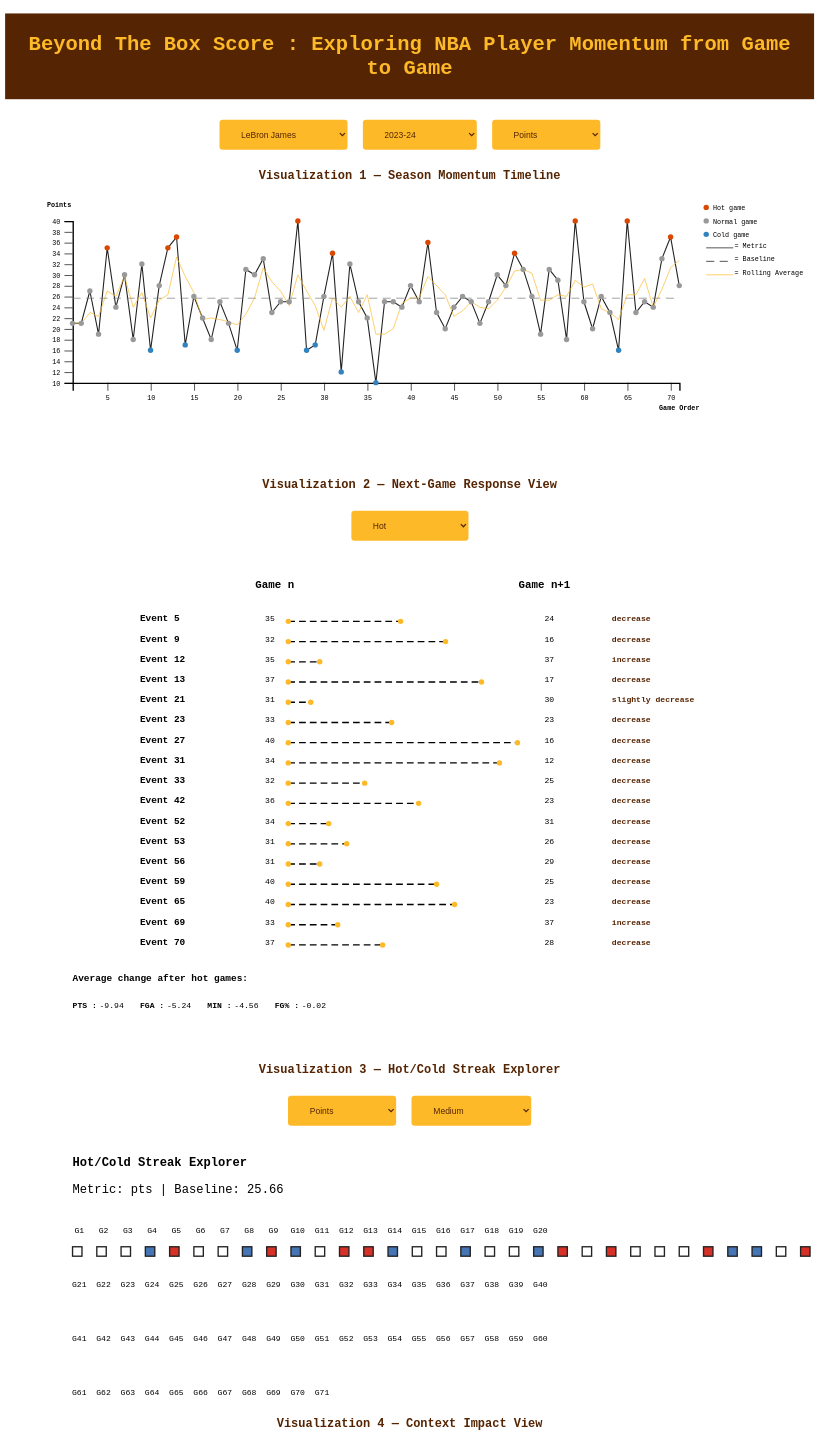
Repository: houdafatih/Data-Viz-Project
Page: index.html
The author's editor kept a copy of each file at every save. The page is drawn from the files as they stood at one save, then again after the next save.
The browser window is 1280 px wide. The pictures show the whole page, at 64% of full size.

Above is the page before, as saved 2026-06-21 02:45:58.

After the next save:
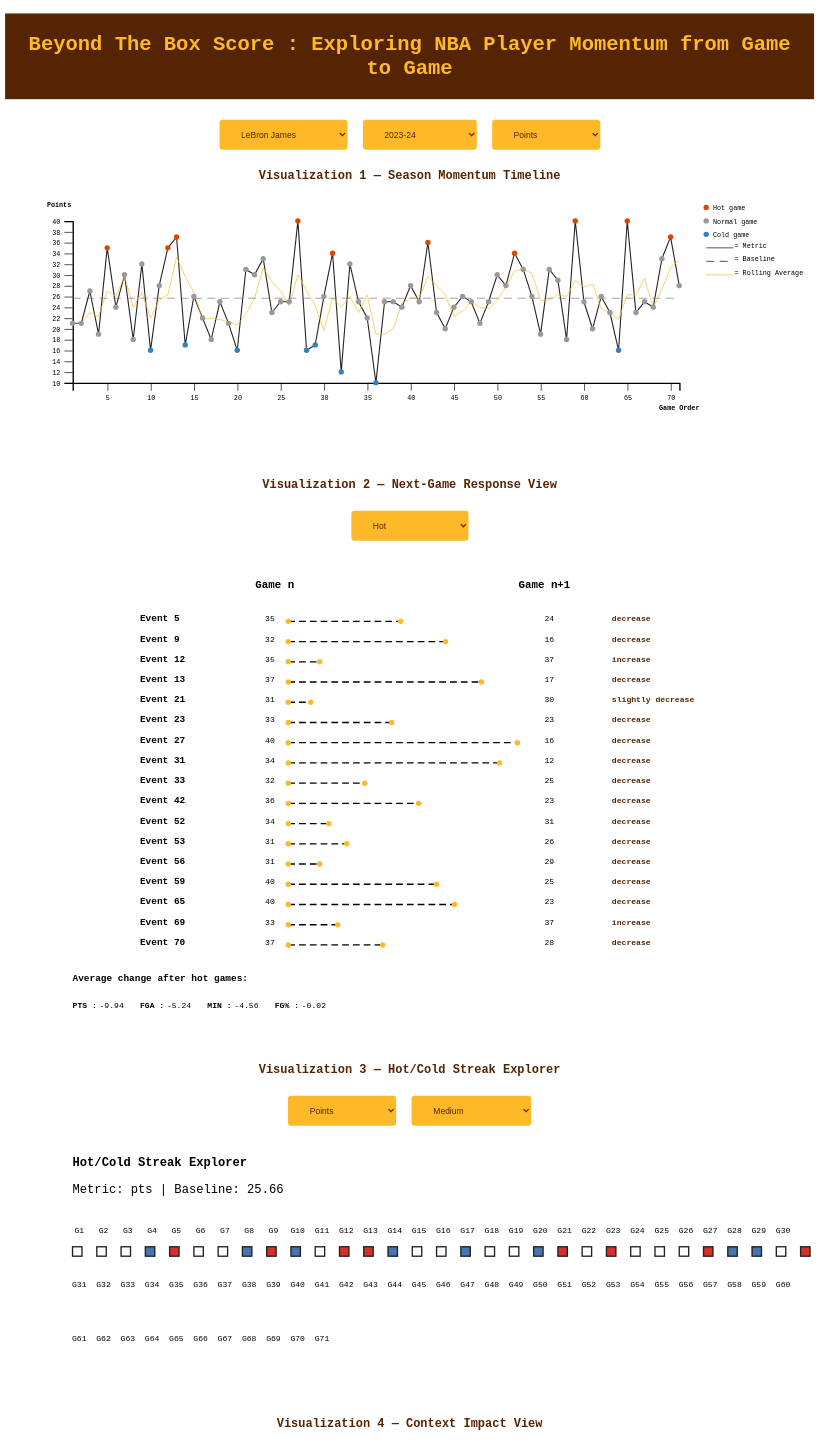
Saved 24 s later.
--- a/scripts/visualization3.js
+++ b/scripts/visualization3.js
@@ -77,7 +77,7 @@
 }
 
 function addLablels(svg, classification,canvas){
-    const num = 20
+    const num = 30
     svg.selectAll(".game-label").data(classification).enter().append("text").attr("class","game-label")
     .attr("x",(d,j) => canvas.margin.left + (j%num) * 18 + 10 /2).attr("y",(d,j) => 75 + (Math.floor(j/num))*40)
     .attr("text-anchor","middle").attr("font-size","6px").text(d => `G${d.g_num}`)
